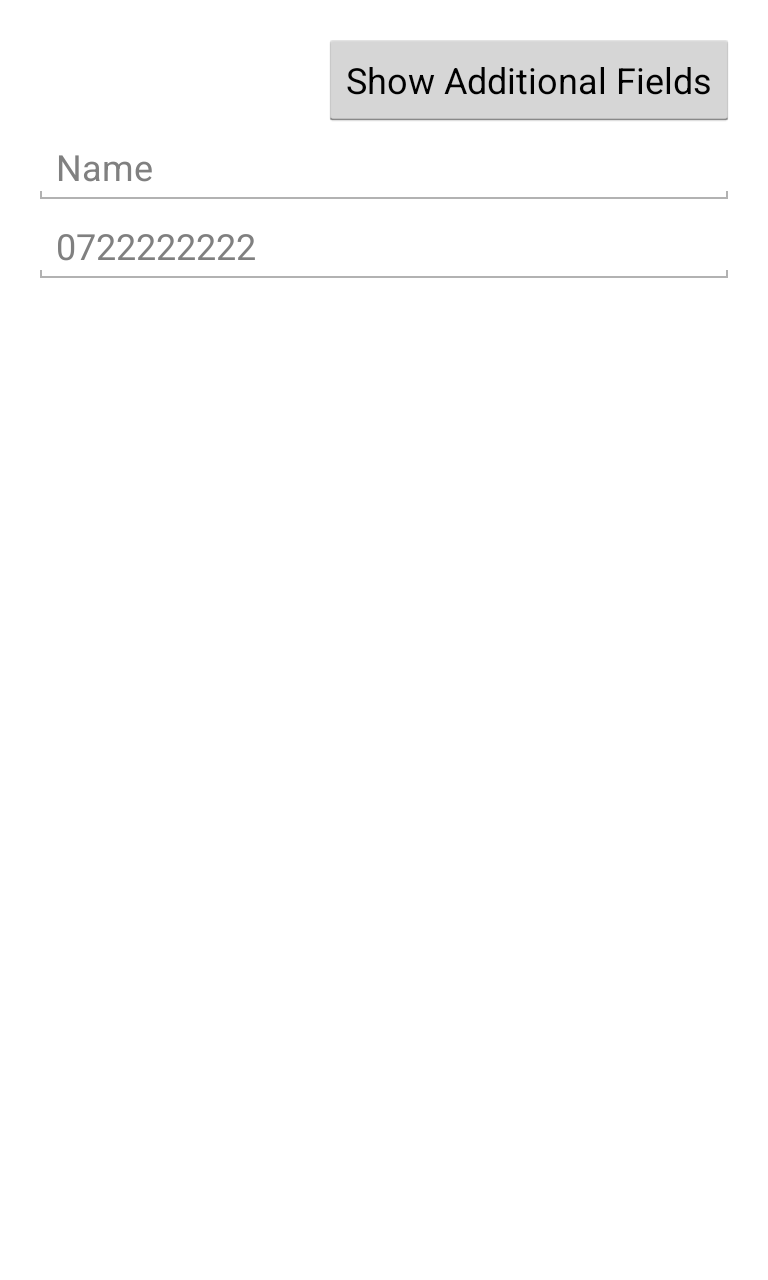
Repository: andreeastoican/Laborator04
Layout: ContactsManager/res/layout/fragment_basic_details.xml
An editor plug-in stored every save of this project. The layout is shown before and after the next save, followed by the edit.
It is drawn on a 768 x 1280 px phone screen (xhdpi) without system bars, with theme AppTheme; the app's code is not run.

Above is the layout before, as saved 2015-03-17 19:28:45.

After the next save:
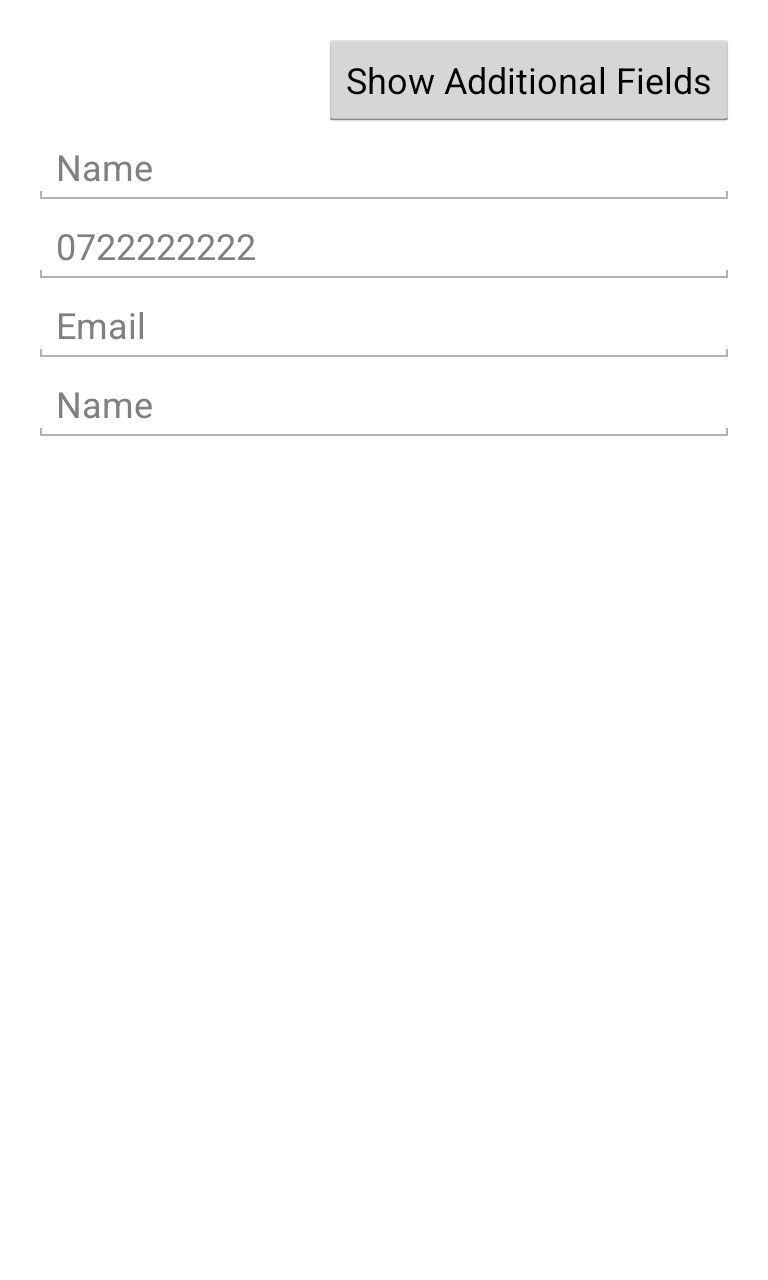
Saved 19 s later.
--- a/ContactsManager/res/layout/fragment_basic_details.xml
+++ b/ContactsManager/res/layout/fragment_basic_details.xml
@@ -26,5 +26,15 @@
 	       android:layout_width="fill_parent"
 	       android:layout_height="wrap_content"
 	       android:hint="0722222222"/>
+	   <EditText
+	       android:id="@+id/id_email"
+	       android:layout_width="fill_parent"
+	       android:layout_height="wrap_content"
+	       android:hint="Email"/>
+	   <EditText
+	       android:id="@+id/id_name"
+	       android:layout_width="fill_parent"
+	       android:layout_height="wrap_content"
+	       android:hint="Name"/>
 
 </LinearLayout>
